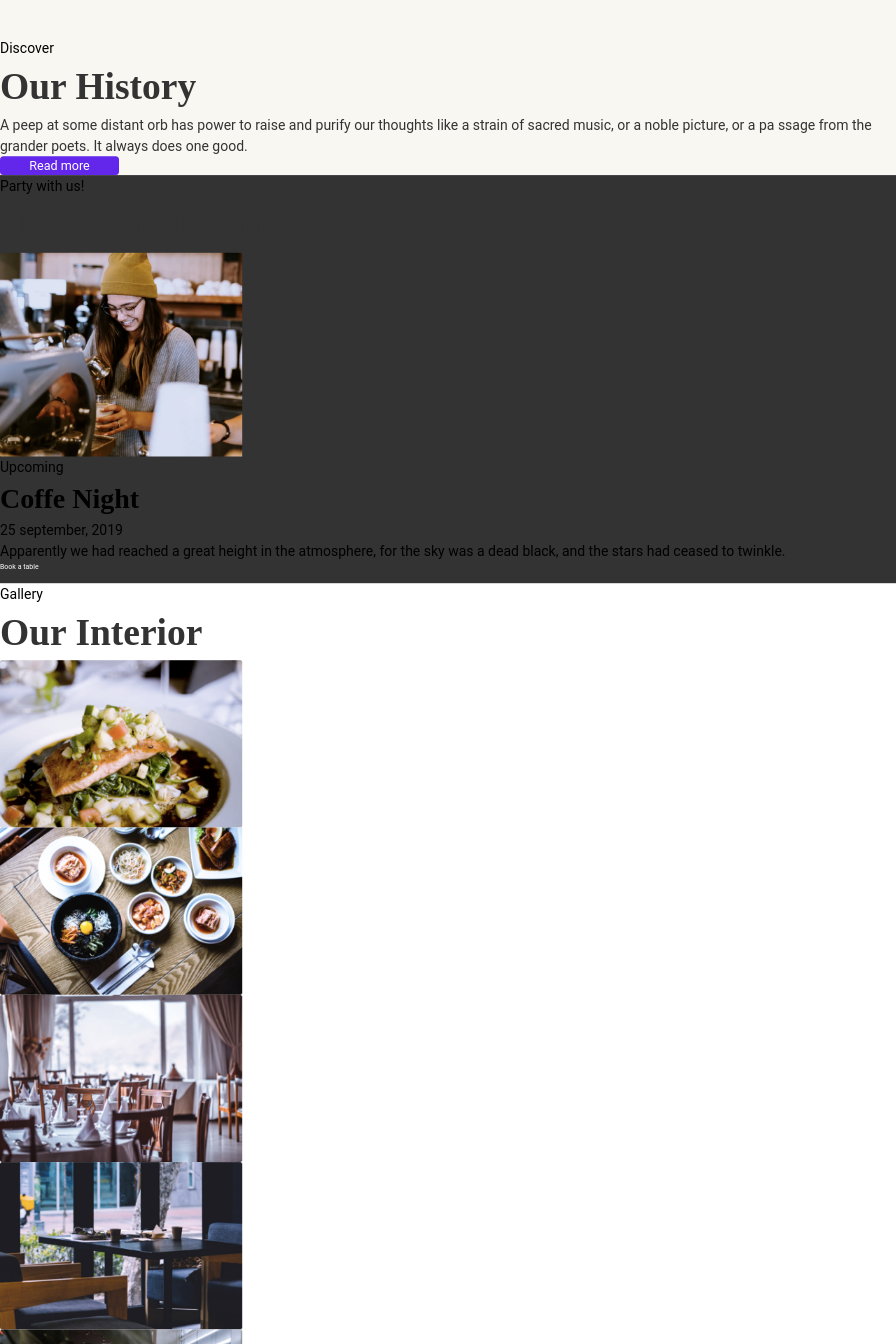
Repository: murilopellis-12/Tailwind-Prova
Page: index.html
An editor plug-in stored every save of this project. The page is shown before and after a run of saves, followed by the edit.
The browser window is 1280 px wide. The pictures show the part of the page from y = 2343 to 4263 px (the page is 5953 px tall before and 5872 px after), at 70% of full size.

Above is the page before, as saved 2026-10-26 21:28:58.
Not found: style.css

After the next 2 saves:
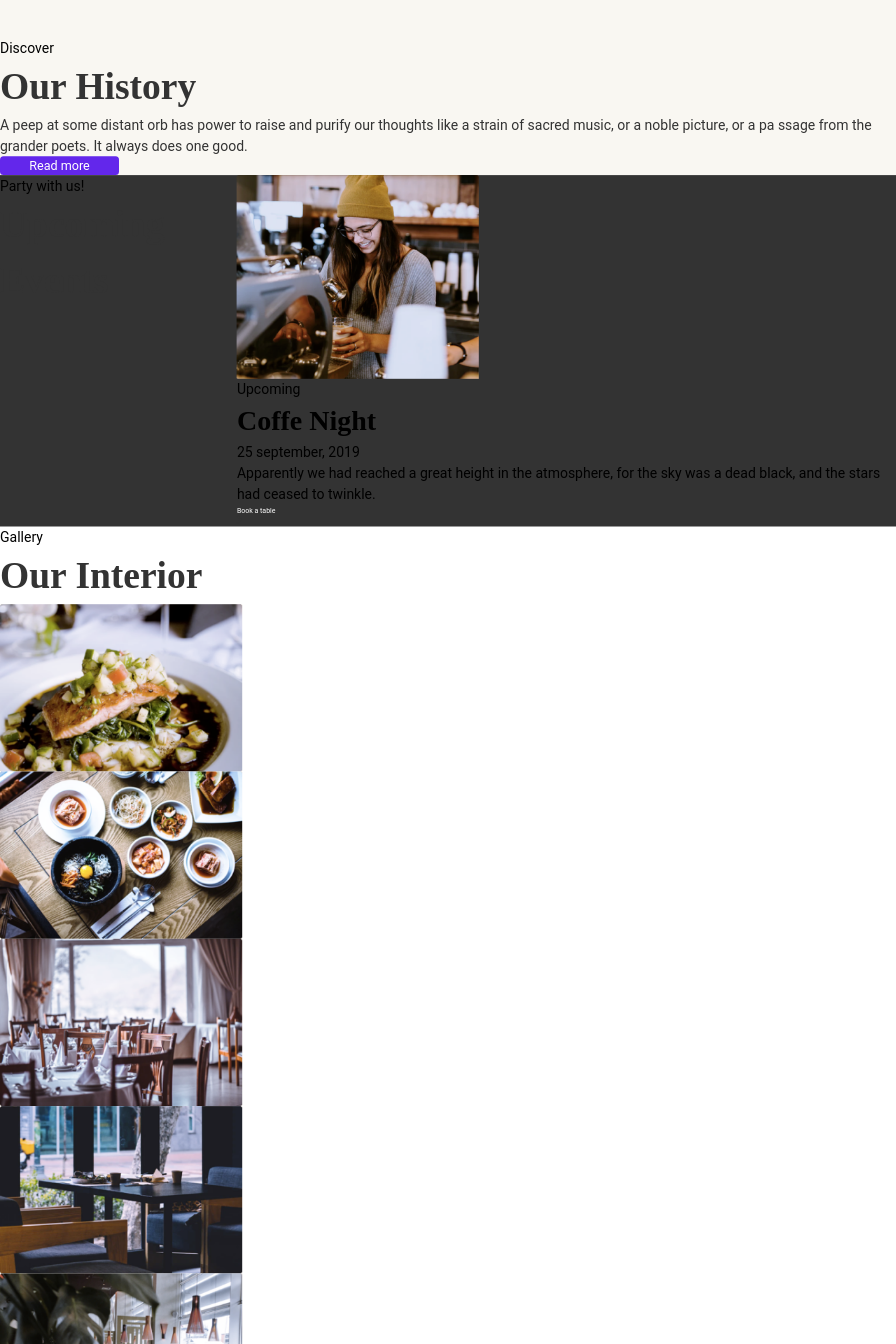
The 2 saves are shown as one change because they came seconds apart.
The last was saved 5 s later.
--- a/index.html
+++ b/index.html
@@ -256,7 +256,7 @@
           </div>
         </div>
       </section>
-      <section class="secao-eventos-futuros bg-[var(--cor-primaria)] p-[var(--padding-topo)_var(--espaco-pequeno)] ">
+      <section class="secao-eventos-futuros bg-[var(--cor-primaria)] p-[var(--padding-topo)_var(--espaco-pequeno)] flex ">
         <div class="titulos-secao-eventos-futuros">
           <p id="paragrafo-titulo-eventos-futuros">Party with us!</p>
           <h2 id="h2-titulo-eventos-futuros">Upcoming Events</h2>

After the 3 saves that followed:
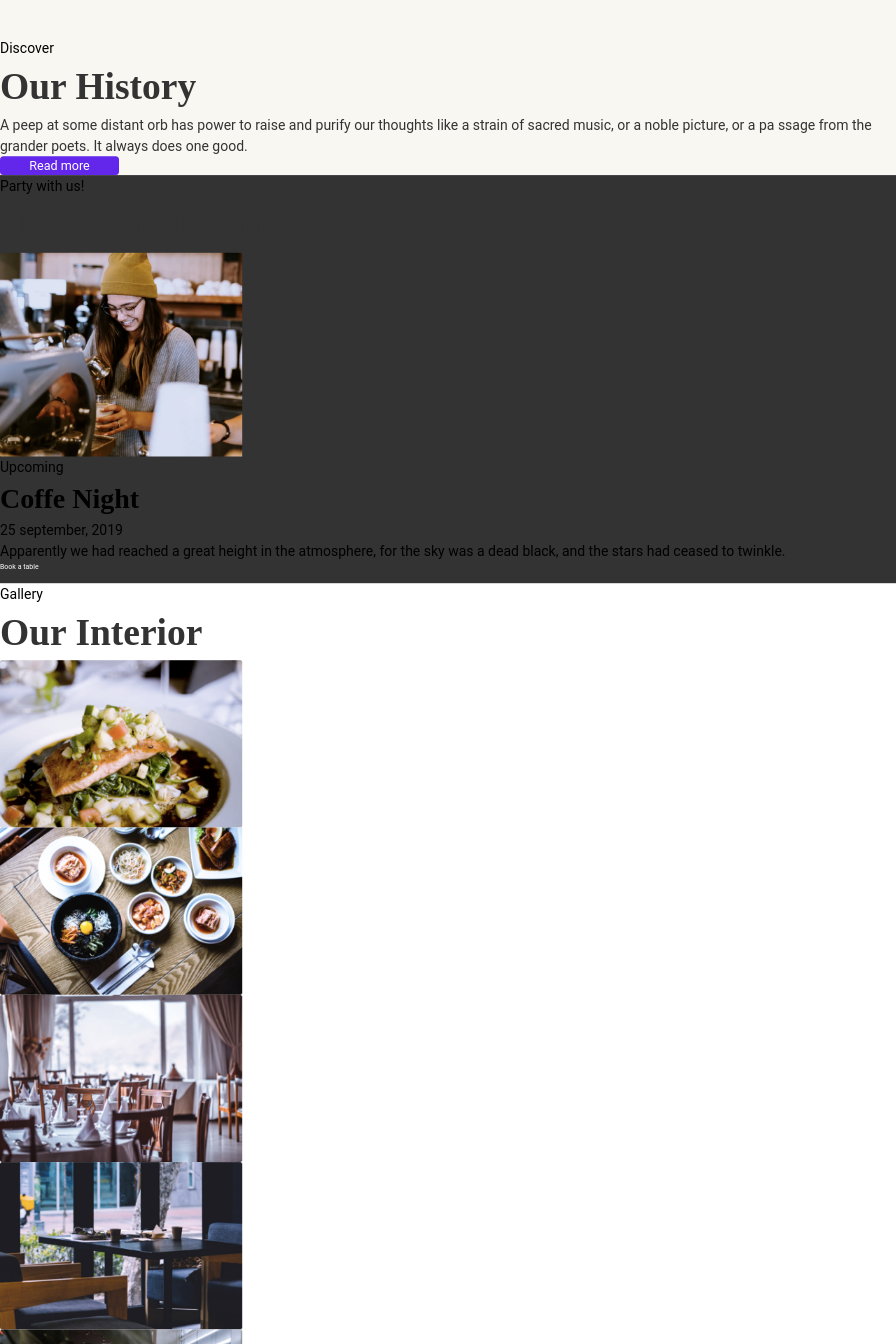
The 3 saves are shown as one change because they came seconds apart.
The last was saved 12 s later.
--- a/index.html
+++ b/index.html
@@ -256,7 +256,7 @@
           </div>
         </div>
       </section>
-      <section class="secao-eventos-futuros bg-[var(--cor-primaria)] p-[var(--padding-topo)_var(--espaco-pequeno)] flex ">
+      <section class="secao-eventos-futuros bg-[var(--cor-primaria)] p-[var(--padding-topo)_var(--espaco-pequeno)] flex flex-col gap-[]">
         <div class="titulos-secao-eventos-futuros">
           <p id="paragrafo-titulo-eventos-futuros">Party with us!</p>
           <h2 id="h2-titulo-eventos-futuros">Upcoming Events</h2>
